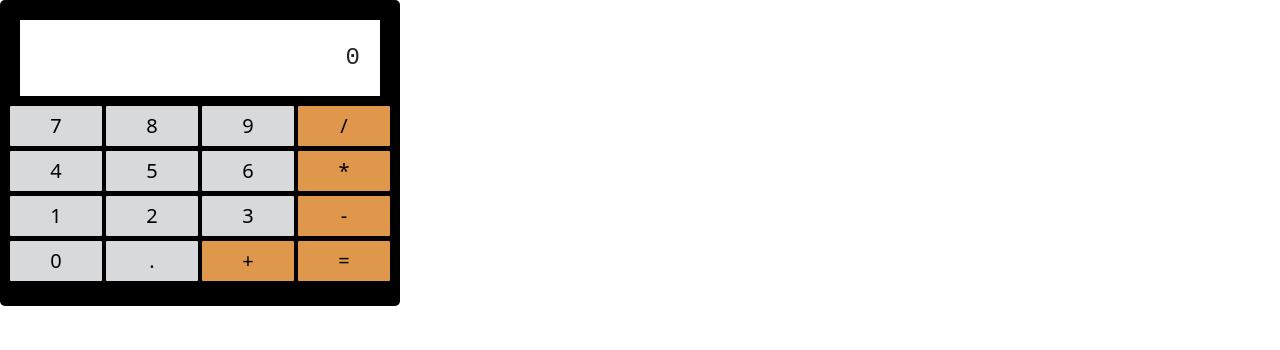
Repository: jgramirez0210/LAB-calculator
Page: index.html
The author's editor kept a copy of each file at every save. The page is drawn from the files as they stood at one save, then again after a run of saves.
The browser window is 1280 px wide. The pictures show the whole page.

Above is the page before, as saved 2023-10-10 21:03:45.

### index.html
<!DOCTYPE html>
<html lang="en">
<head>
  <meta charset="UTF-8">
  <meta name="viewport" content="width=device-width, initial-scale=1.0">
  <title>Calculator</title>
  <link href="https://cdn.jsdelivr.net/npm/bootstrap@5.3.2/dist/css/bootstrap.min.css" rel="stylesheet" integrity="sha384-T3c6CoIi6uLrA9TneNEoa7RxnatzjcDSCmG1MXxSR1GAsXEV/Dwwykc2MPK8M2HN" crossorigin="anonymous">
  <link rel="stylesheet" href="main.css">
</head>
<body>
  <div class="calculator">
    <div class="display">0</div>
    <div class="row">
        <button>7</button>
        <button>8</button>
        <button>9</button>
        <button class="function">/</button>
    </div>
    <div class="row">
        <button>4</button>
        <button>5</button>
        <button>6</button>
        <button class="function">*</button>
    </div>
    <div class="row">
        <button>1</button>
        <button>2</button>
        <button>3</button>
        <button class="function">-</button>
    </div>
    <div class="row">
        <button>0</button>
        <button>.</button>
        <button class="function">+</button>
        <button class="function">=</button>
    </div>
</div>

  <script src="https://cdn.jsdelivr.net/npm/bootstrap@5.3.2/dist/js/bootstrap.bundle.min.js" integrity="sha384-C6RzsynM9kWDrMNeT87bh95OGNyZPhcTNXj1NW7RuBCsyN/o0jlpcV8Qyq46cDfL" crossorigin="anonymous"></script>
  <script src="main.js"></script>
</body>
</html>

### main.css
* {
  box-sizing: border-box;
  margin: 0;
  padding: 0;
}

.calculator {
  width: 400px;
  background-color: #000000;
  padding: 20px;
  border-radius: 5px;
}

.display {
  font-family: monospace;
  background-color: #ffffff;
  padding: 20px;
  font-size: 24px;
  margin-bottom: 10px;
  text-align: right;
}

.row {
  display: flex;
  justify-content: space-between;
  margin-bottom: 5px;
}

button {
  flex: 1; /* Ensures equal distribution of space among buttons */
  margin: 0 2px; /* Added a slight margin for spacing */
  padding: 5px;
  font-size: 20px;
  background-color: #d8d9db;
  border: none;
  border-radius: 1px;
  transition: background-color 0.3s;
}

button:hover {
  background-color: #ebebeb;
}

button:active {
  background-color: #bbbcbe;
}

button.function {
  background-color: #df974c;
}

button.function:hover {
  background-color: #dfb07e;
}

button.function:active {
  background-color: #dd8d37;
}

### main.js
console.log("testeroo")

After the next 6 saves:
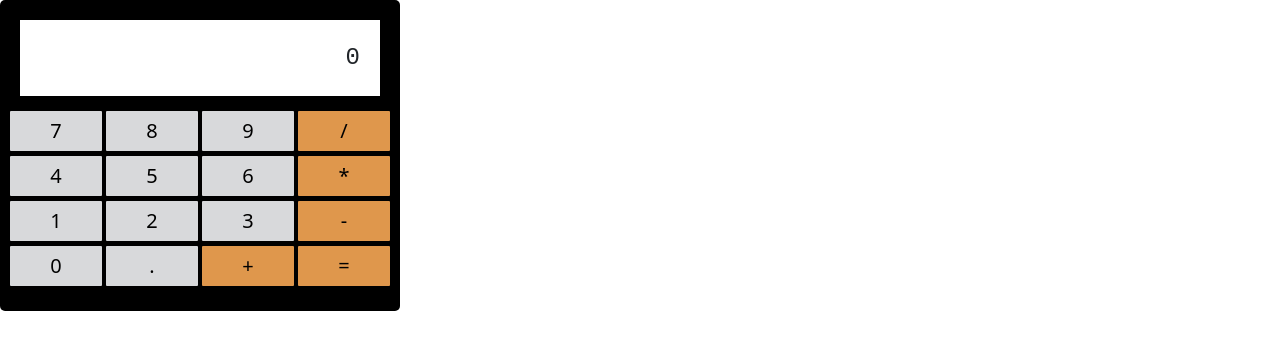
The 6 saves are shown as one change because they came seconds apart.
The last was saved 111 s later.
--- a/index.html
+++ b/index.html
@@ -10,6 +10,9 @@
 <body>
   <div class="calculator">
     <div class="display">0</div>
+    <div class="row">
+
+    </div>
     <div class="row">
         <button>7</button>
         <button>8</button>
